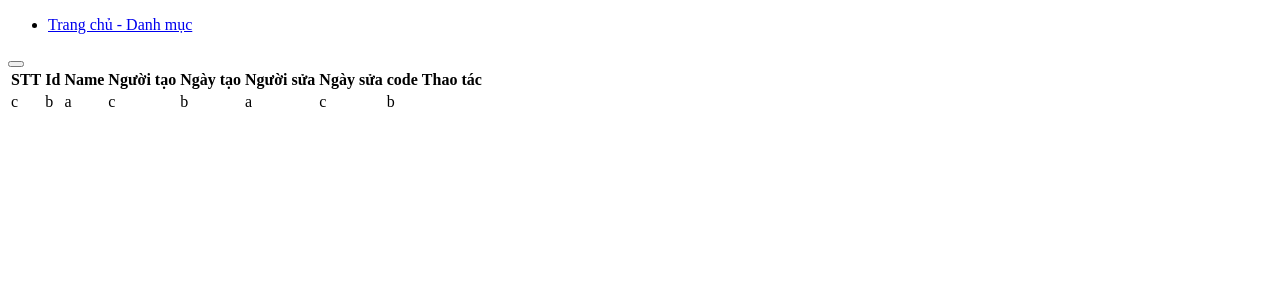
Repository: QuangThuanLion/Project_SpringMVC
Page: http://localhost/springweb-mvc/WEB-INF/views/admin/category/categories.jsp
These files come from the project's save history. The page is drawn as it stood at one moment and after the next save; the edit follows.
The browser window is 1280 px wide. The pictures show the whole page.
The page is served by Tomcat 9. Nobody is signed in. The template is opened directly, without the code that normally fills it, so the values that code supplies are empty.

Above is the page before, as saved 2020-07-05 11:16:09.

After the next save:
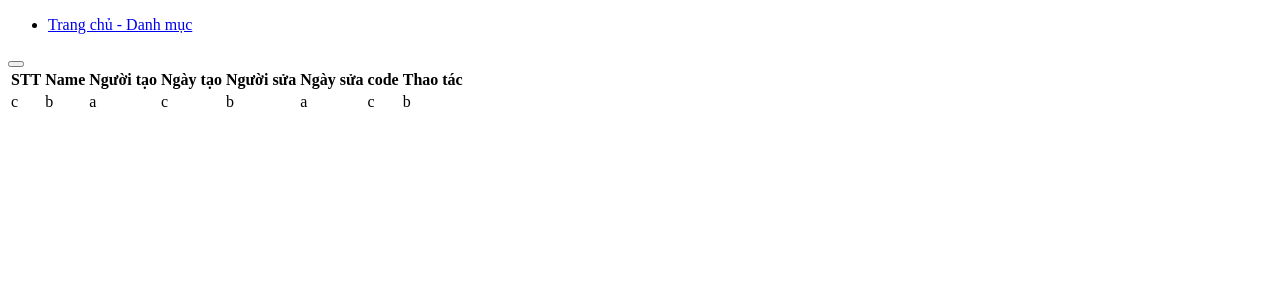
Saved 48 s later.
--- a/workspace/springweb-mvc/src/main/webapp/WEB-INF/views/admin/category/categories.jsp
+++ b/workspace/springweb-mvc/src/main/webapp/WEB-INF/views/admin/category/categories.jsp
@@ -51,7 +51,6 @@
 												<thead>
 													<tr>
 														<th>STT</th>
-														<th>Id</th>
 														<th>Name</th>
 														<th>Người tạo</th>
 														<th>Ngày tạo</th>
